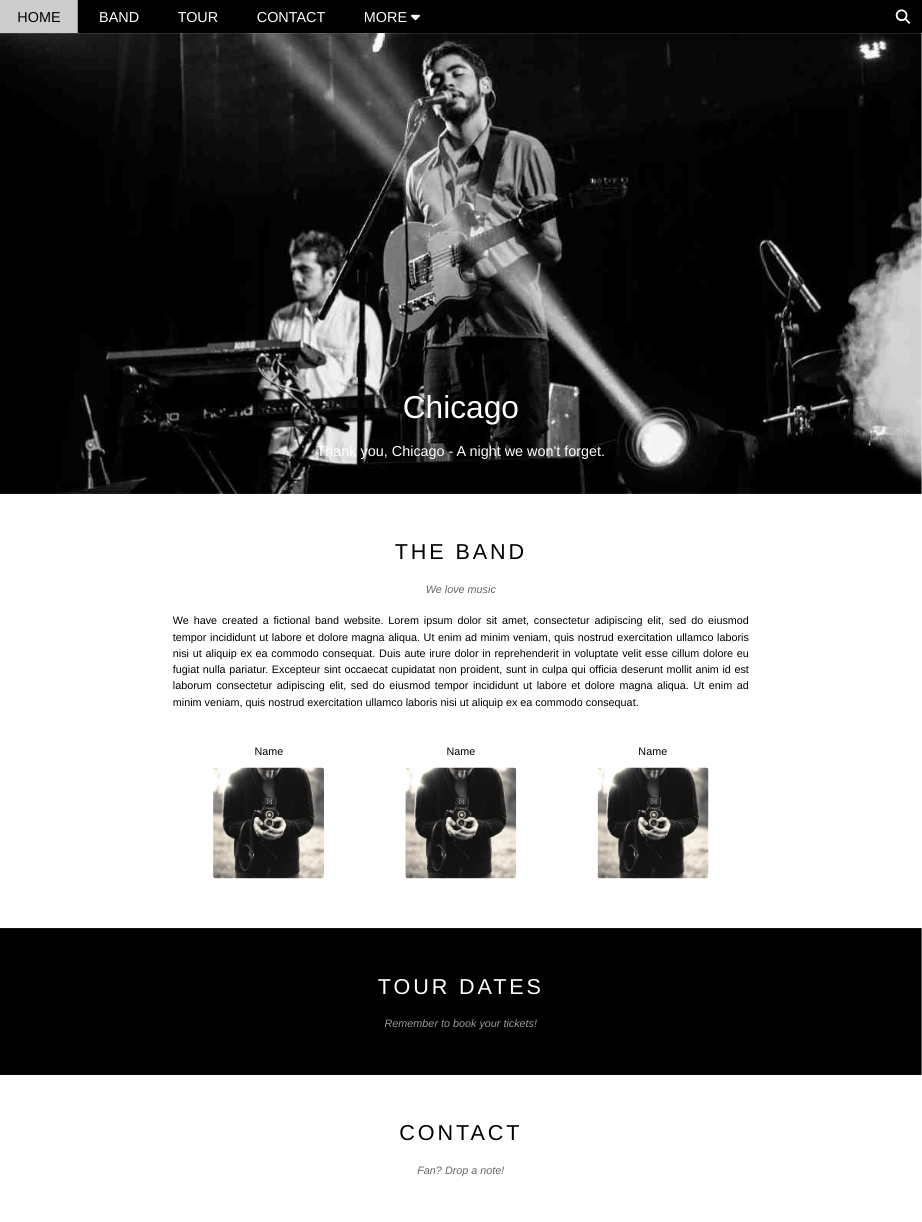
Repository: nugort/nugort.github.io
Page: f8/the-band/index.html
These files come from the project's save history. The page is drawn as it stood at one moment and after the next save; the edit follows.
The browser window is 1280 px wide. The pictures show the whole page, at 72% of full size.
Some web libraries are served in a nearby version.

Above is the page before, as saved 2022-02-08 04:16:54.

### f8/the-band/index.html
<!DOCTYPE html>
<html lang="en">

<head>
    <meta charset="UTF-8">
    <meta http-equiv="X-UA-Compatible" content="IE=edge">
    <meta name="viewport" content="width=device-width, initial-scale=1.0">
    <title>Document</title>
    <script src="https://kit.fontawesome.com/28e152e343.js" crossorigin="anonymous"></script>
    <link rel="stylesheet" href="./assets/css/styles.css">
</head>

<body>
    <div id="main">
        <!-- Header -->
        <div id="header">

            <!-- Navigation -->
            <ul id="nav">
                <li>
                    <a href="#">Home</a>
                </li>

                <li>
                    <a href="#">Band</a>
                </li>

                <li>
                    <a href="#">Tour</a>
                </li>

                <li>
                    <a href="#">Contact</a>
                </li>

                <li>
                    <a href="#">More <i class="fas fa-caret-down"></i></a>
                    <ul class="subnav">
                        <li>
                            <a href="#">Merchandise</a>
                        </li>

                        <li>
                            <a href="#">Extras</a>
                        </li>

                        <li>
                            <a href="#">Media</a>
                        </li>
                    </ul>
                </li>
            </ul>

            <!-- Search -->
            <div class="nav-search">
                <a href="#"><i class="nav-search-icon fas fa-search"></i></a>
            </div>
        </div>

        <!-- Slider -->
        <div id="slider">
            <div class="slider-text">
                <h3 class="slider-text-title">
                    Chicago
                </h3>
                <p class="slider-text-dsc">
                    Thank you, Chicago - A night we won't forget.
                </p>
            </div>
        </div>

        <!-- Content -->
        <div id="content">
            <!-- About -->
            <div class="content-section">
                <h2 class="content-section-title">
                    The Band
                </h2>
                <p class="content-section-slogan">
                    We love music
                </p>
                <p class="about-content-section content">We have created a fictional band website. Lorem ipsum dolor sit
                    amet, consectetur adipiscing elit, sed do eiusmod tempor incididunt ut labore et dolore magna
                    aliqua. Ut enim ad minim veniam, quis nostrud exercitation ullamco laboris nisi ut aliquip ex ea
                    commodo consequat. Duis aute irure dolor in reprehenderit in voluptate velit esse cillum dolore eu
                    fugiat nulla pariatur. Excepteur sint occaecat cupidatat non proident, sunt in culpa qui officia
                    deserunt mollit anim id est laborum consectetur adipiscing elit, sed do eiusmod tempor incididunt ut
                    labore et dolore magna aliqua. Ut enim ad minim veniam, quis nostrud exercitation ullamco laboris
                    nisi ut aliquip ex ea commodo consequat.</p>
                <div class="band-members">
                    <div class="member">
                        <p class="member-name">Name</p>
                        <img src="./assets/img/band-members/bandmember.jpg" alt="Name" class="member-avt">
                    </div>

                    <div class="member">
                        <p class="member-name">Name</p>
                        <img src="./assets/img/band-members/bandmember.jpg" alt="Name" class="member-avt">
                    </div>

                    <div class="member">
                        <p class="member-name">Name</p>
                        <img src="./assets/img/band-members/bandmember.jpg" alt="Name" class="member-avt">
                    </div>
                    <div class="clear"></div>
                </div>
            </div>

            <!-- Tour -->
            <div class="tour-section">
                <div class="content-section">
                    <h2 class="content-section-title text-white">
                        TOUR DATES
                    </h2>
                    <p class="content-section-slogan text-white">
                        Remember to book your tickets!
                    </p>
                </div>
            </div>

            <!-- Contact -->
            <div class="content-section">
                <h2 class="content-section-title">
                    CONTACT
                </h2>
                <p class="content-section-slogan">
                    Fan? Drop a note!
                </p>
            </div>
        </div>

        <div id="footer">

        </div>
    </div>
</body>

</html>

### f8/the-band/assets/css/styles.css
/* 3 kiểu dùng css
- inline (phèn)
- internal (cũng phèn)
-external (đúng đúng đúng) */

/* Các đơn vị hay dùng
* Absolute units
- px
- pt
- cm
- mm
- inch
- picture

* Relative units
- %
- rem (bằng kích cỡ chữ của thẻ html - mặc định là 16px)
- em  (bằng kích cỡ chữ của thẻ cha chứa nó gần nhất có set font-size)
- vw (chiều rộng bằng chiều ngang của màn hình hiển thị)
- vh (chiều cao bằng chiều dọc của màn hình hiển thị) */

/* Hàm trong css
- var(): gọi biến vào
- linearGradient()
- rgba()
- rgb
- calc(): tính toán
- attr() */

/* Pseudo-classes (lớp giả) */

:root {
    --text-color: #FFFFFF;
    --background-color: #00171F;
    --button-color: #003459;
    --other-color: #007EA7;
    --button-2nd-color: #00A8E8;
    --nav-heigh: 46px;
}  /* Đặt biến giống trong ngôn ngữ lập trình khác thôi =))) */

* {
    box-sizing: border-box;
    margin: 0;
    padding: 0;
} /* reset css */

html {
    font-family: Helvetica, sans-serif;
    font-size: 20px;
}
/*
Chọn cùng lúc nhiều Class, ID đưa qua css
Bôi đen điểm chung -> CTRL +  SHIFT + L -> Mũi tên qua phải ( > ) -> CTRL + SHIFT + ( > ) -> CTRL + C
-> Qua file css paste -> ALT + CLICK  -> # -> CTRL + ( > ) -> {}
 */

/*
1. Làm từ ngoài vào trong
2. Làm từ trên xuống dưới
3. Từ tổng quan đến chi tiết
*/

/*
1. Vị trí (Vị trí các phần; Header, Content, ...)
2. Kích thước
3. Màu sắc
4. Styles (Fonts chữ, tròn, vuông, ...)
*/

/*
Chiếc web này gồm
1. Header (Done)
    1.1. Navigation (Done)
    1.2. Search button  (Done)
2. Slider (Done)
3. Content
    3.1. About
    3.2. Tour
    3.3. Contact
    3.4. Img
4. Footer
*/

.clear {
    content: " ";
    clear: both;
}

.text-white {
    color: #FFF !important;
}

#main{

}

#header{
    position: fixed;
    top: 0px;
    left: 0px;
    right: 0px;
    background-color: black;
    height: var(--nav-heigh);
    z-index: 1;
}

#nav {
    display: inline-block;
}

#nav, .subnav {
    list-style-type: none;
}

#nav > li {
    display: inline-block;
}

#nav  li {
    position: relative;
}

#nav > li > a {
    color: #FFFFFF;
    text-transform: uppercase;
}

#nav li a {
    text-decoration: none;
    line-height: var(--nav-heigh);
    padding: 0px 24px;
    /* padding: 12px 24px; */
}

#nav > li:hover .subnav {
    display: block;
}

#nav > li:hover > a {
    display: inline-block;
    color: #000;
    background-color: #CCC;
}

#nav .subnav {
    display: none;
    position: absolute;
    top: 100%;
    left: 0px;
    background-color: #FFF;
    color: #000;
    box-shadow: 0 0 10px rgba(0, 0, 0, 0.3);
}

#nav .subnav a {
    display: block;
    color: #000;
    min-width: 160px;
    padding: 0px 12px;
    line-height: 38px ;
}

#nav .subnav li:hover a {
    color: #000;
    background-color: #CCC;
}

#header .nav-search {
    display: inline-block;
    float: right;
    line-height: var(--nav-heigh);
    padding: 0px 16px ;
}

#header .nav-search a {
    color: #FFF;
}

#header .nav-search:hover {
    background-color: #F44336 !important;
    cursor: pointer;
}

#slider {
    /* background-color: #CCC;
    height: 1000px; */
    position: relative;
    margin-top: var(--nav-heigh);
    padding-top: 50%;
    background: url('/the-band/assets/img/slider-1/chicago.jpg') top center / cover, no-repeat;
    /* https://youtu.be/BmkVXoKoqVA?t=640 */
}

#slider .slider-text{
    color: #FFF;
    position: absolute;
    bottom: 48px;
    /* left: 50%;
    transform: translateX(-50%); */

    /* left: 0px;
    right: 0px; */

    width: 100%;
    text-align: center;
}

#slider .slider-text-title{
    font-size: 220%;
    font-weight: 500;
    font-style: 24px;
    margin-bottom: 25px;
}

#slider .slider-text-dsc{
    font-style: 15px;
}


#content {

}

#content .content-section {
    width: 800px;
    margin: auto;
    padding: 64px 0px;
}

#content .content-section-title {
    font-weight: 500;
    font-size: 30px;
    text-transform: uppercase;
    letter-spacing: 4px;

}

#content .content-section-slogan {
    font-style: italic;
    font-size: 15px;
    margin-top: 25px;
    opacity: 0.6;
}

#content .about-content-section.content {
    font-size: 15px;
    margin-top: 25px;
    text-align: justify;
    line-height: 1.5;
}

#content .content-section-title,
#content .content-section-slogan {
    text-align: center;
}

#content .band-members{
    margin-top: 48px;
}

#content .member {
    text-align: center;
    float: left;
    width: calc(100% / 3);
}

#content .member-name {
    font-size: 15px;
}

#content .member-avt {
    margin-top: 15px;
    width: 154px;
    border-radius: 4px;
}


.tour-section {
    background-color: #000;
}


#footer {

}

After the next save:
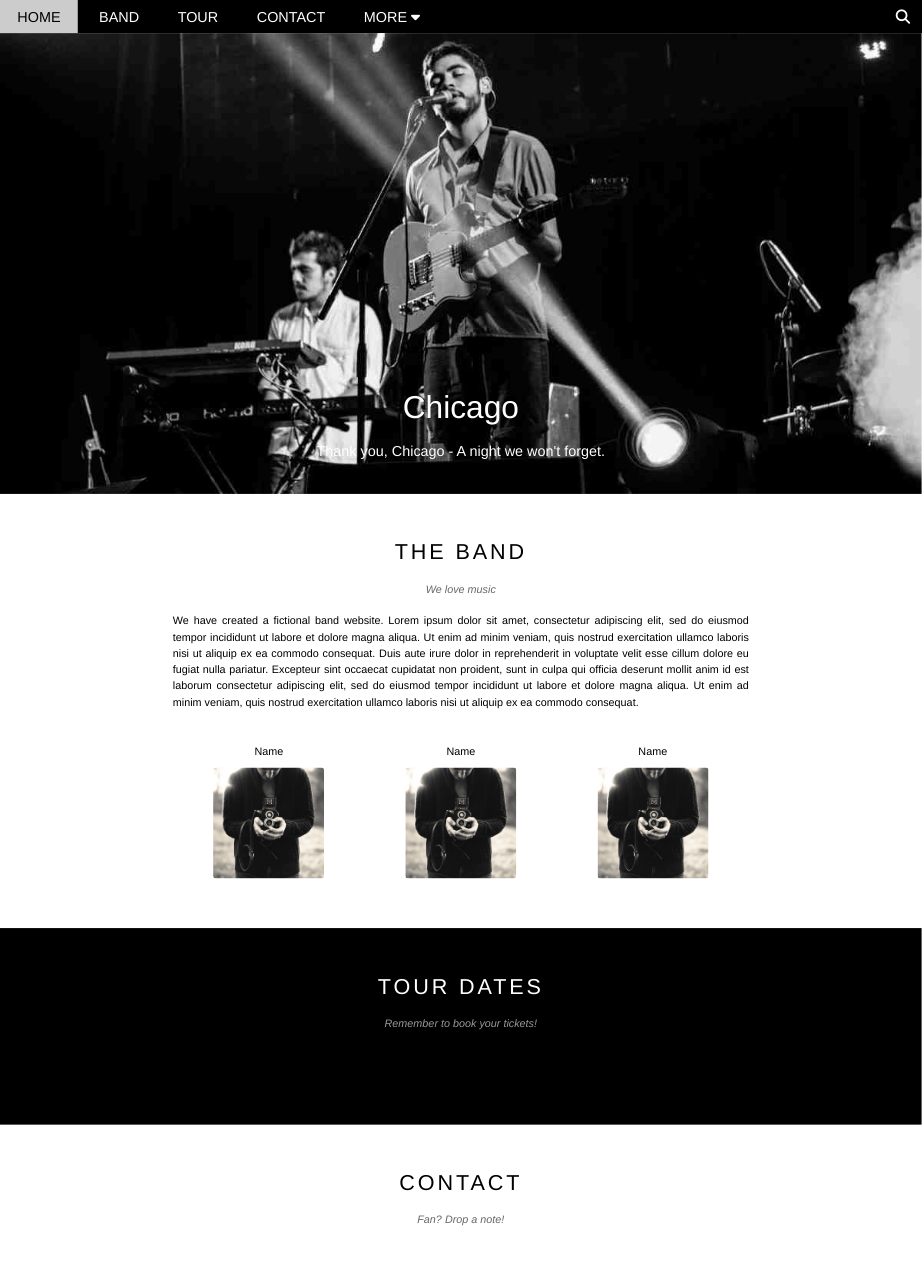
Saved 2 min 42 s later.
--- a/f8/the-band/index.html
+++ b/f8/the-band/index.html
@@ -115,6 +115,12 @@
                     <p class="content-section-slogan text-white">
                         Remember to book your tickets!
                     </p>
+
+                    <ul class="tickets-list">
+                        <li>September <span class="sold-out">Sold out</span></li>
+                        <li></li>
+                        <li></li>
+                    </ul>
                 </div>
             </div>
 
